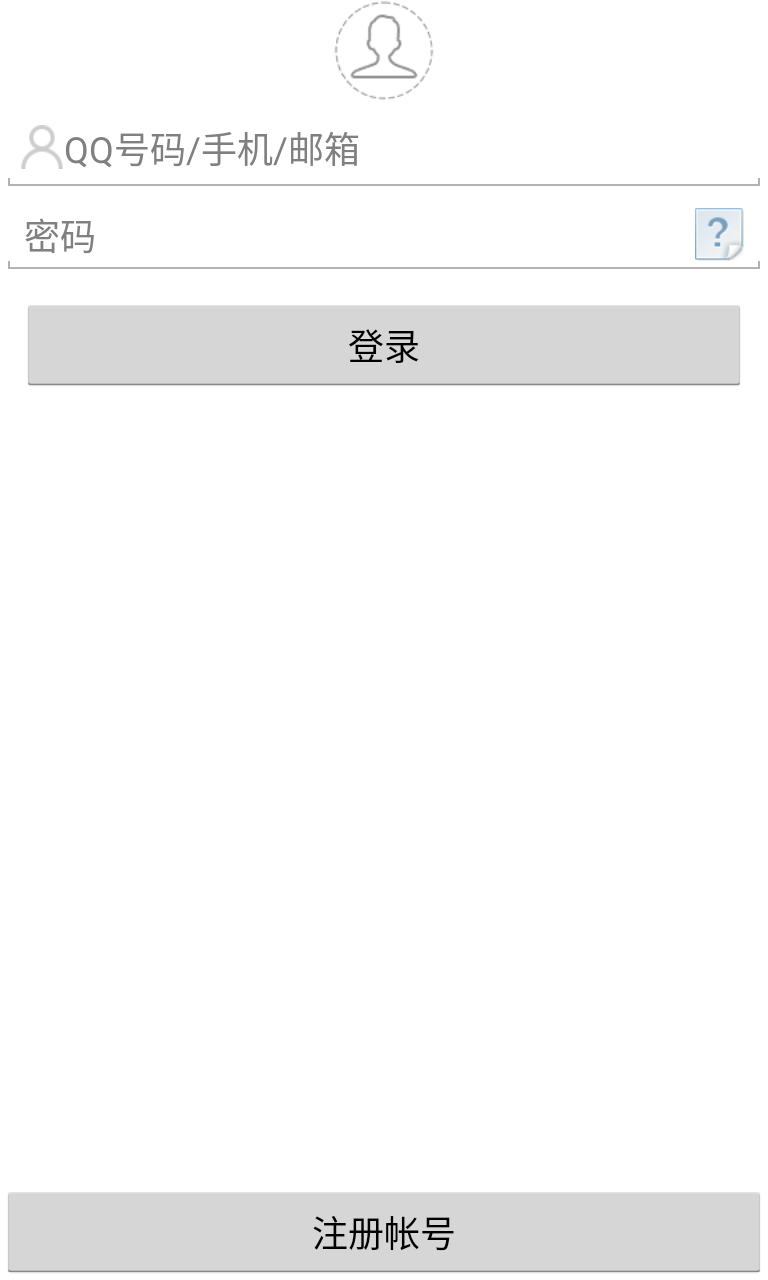
Repository: JDLINLC/android-dev
Layout: ModifyQQ/res/layout/main_activity.xml
The author's editor kept a copy of each file at every save. The layout is drawn from the files as they stood at one save, then again after the next save.
It is drawn on a 768 x 1280 px phone screen (xhdpi) without system bars, with theme AppTheme; the app's code is not run.

Above is the layout before, as saved 2015-04-23 09:47:15.

After the next save:
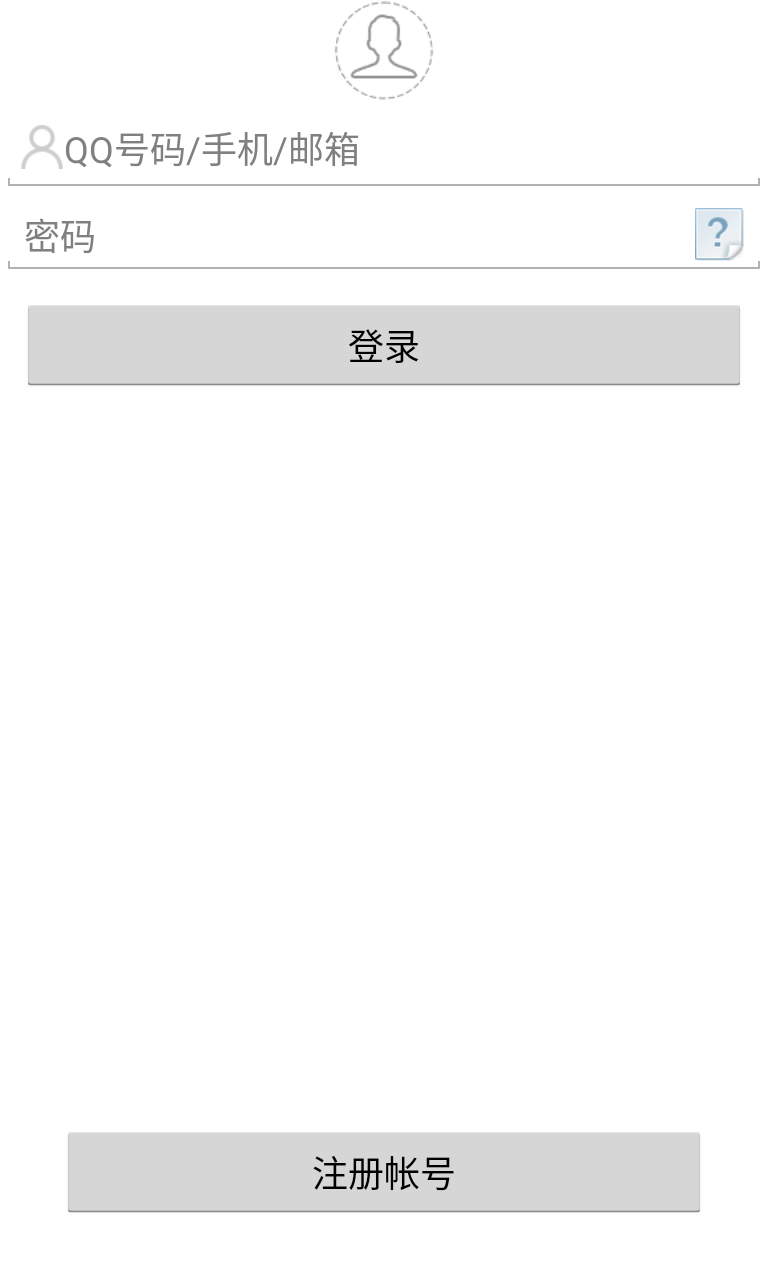
Saved 55 s later.
--- a/ModifyQQ/res/layout/main_activity.xml
+++ b/ModifyQQ/res/layout/main_activity.xml
@@ -46,6 +46,7 @@
         android:layout_width="match_parent"
         android:layout_height="wrap_content"
 		android:layout_alignParentBottom="true"
+		android:layout_margin="30dip"
         android:text="注册帐号"/>
 
 
